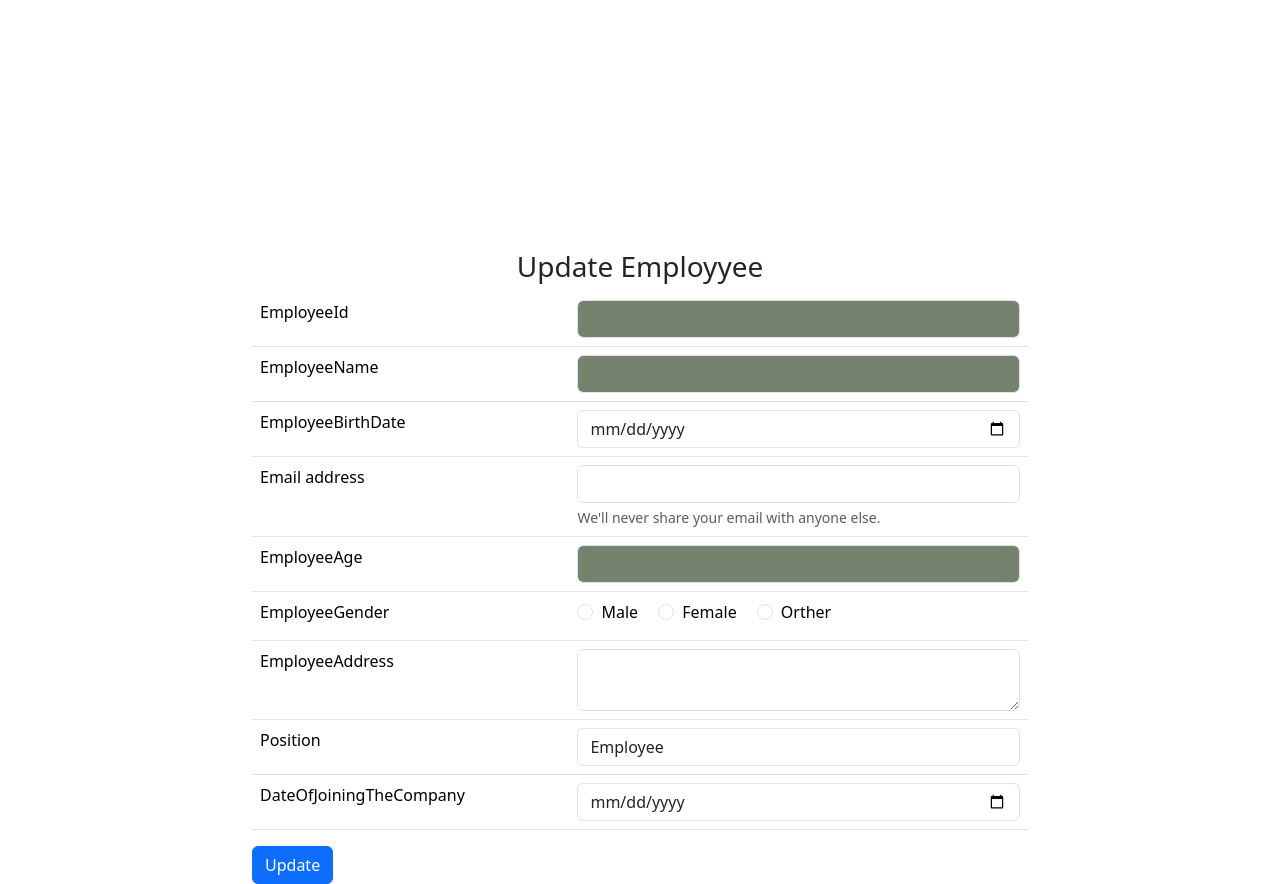
Repository: tranhuuan1703/BaiTapServlet
Page: http://localhost/bai_tap_jsp_servlet/views/Edit.jsp
An editor plug-in stored every save of this project. The page is shown before and after the next save, followed by the edit.
The browser window is 1280 px wide. The pictures show the whole page.
Some web libraries are served in a nearby version. The page is served by Tomcat 9. Other server files are loaded and not shown.

Above is the page before, as saved 2024-08-10 07:28:15.

### bai_tap_jsp_servlet/bai_tap_jsp_servlet/src/main/webapp/views/Edit.jsp
<%@ page language="java" contentType="text/html; charset=UTF-8"
   pageEncoding="UTF-8"%>
<!DOCTYPE html>
<html>
   <head>
      <meta charset="UTF-8">
      <title>Insert title here</title>
      <link href="https://cdn.jsdelivr.net/npm/bootstrap@5.3.3/dist/css/bootstrap.min.css"
         rel="stylesheet"
         integrity="sha384-QWTKZyjpPEjISv5WaRU9OFeRpok6YctnYmDr5pNlyT2bRjXh0JMhjY6hW+ALEwIH"
         crossorigin="anonymous">
      <script src="https://cdn.jsdelivr.net/npm/bootstrap@5.3.3/dist/js/bootstrap.bundle.min.js"
         integrity="sha384-YvpcrYf0tY3lHB60NNkmXc5s9fDVZLESaAA55NDzOxhy9GkcIdslK1eN7N6jIeHz"
         crossorigin="anonymous"></script>
      <script src="https://cdnjs.cloudflare.com/ajax/libs/moment.js/2.24.0/moment.min.js"></script>
		<script src="https://code.jquery.com/jquery-3.4.1.min.js"></script>
   </head>
   <body>
      <div class="container" style="margin-top:250px; width:800px">
      <center><h3>Update Employyee</h3></center>
         <form id="updateForm" action="updateEmployeeController" method="get">
            <table class="table">
              <tr>
	               <td><label for="nameEmployee" class="form-label">EmployeeId</label></td>
	                  <td>
	                     <input type="text" class="form-control" id="custId" aria-describedby="emailHelp" value="${employeeInfo.employeeId}" name="Id" readonly style="background-color: #75826e;">
	                  </td>
	               </tr>

              </tr>
               <tr>
                  <td><label for="nameEmployee" class="form-label">EmployeeName</label></td>
                  <td>
                     <input type="text" class="form-control" id="nameEmployee" aria-describedby="emailHelp" value="${employeeInfo.employeeName}" name="nameEmployee" style="background-color: #75826e;" readonly>
                  </td>
               </tr>
               <tr>
                  <td><label for="birthDayEmployee" class="form-label">EmployeeBirthDate</label></td>
                  <td>
                     <input type="date" class="form-control" id="birthDayEmployee" name="birthDayEmployee" value="${employeeInfo.employeBirthDay}">
                  </td>
               </tr>
               <tr>
                  <td><label for="emailEmployee" class="form-label">Email address</label></td>
                  <td>
                     <input type="email" class="form-control" id="emailEmployee" aria-describedby="emailHelp" name="emailEmployee" value="${employeeInfo.emailEmployee}">
                     <div id="emailHelp" class="form-text">We'll never share your email with anyone else.</div>
                  </td>
               </tr>
               <tr>
                  <td><label for="ageEmployee" class="form-label">EmployeeAge</label></td>
                  <td>
                     <input type="number" class="form-control" id="ageEmployee" aria-describedby="emailHelp" name="ageEmployee" value="${employeeInfo.employeeAge}" style="background-color: #75826e;">
                  </td>
               </tr>
               <tr>
                  <td><label for="inlineRadio1" class="form-label">EmployeeGender</label></td>
                  <td>
                     <div class="form-check form-check-inline">
                        <input class="form-check-input" type="radio" name="inlineRadioOptions" id="inlineRadio1" value="male" ${employeeInfo.employeeGender == 'male' ? 'checked' : ''}>
                        <label class="form-check-label" for="inlineRadio1">Male</label>
                     </div>
                     <div class="form-check form-check-inline">
                        <input class="form-check-input" type="radio" name="inlineRadioOptions" id="inlineRadio2" value="female" ${employeeInfo.employeeGender == 'female' ? 'checked' : ''}>
                        <label class="form-check-label" for="inlineRadio2">Female</label>
                     </div>
                     <div class="form-check form-check-inline">
                        <input class="form-check-input" type="radio" name="inlineRadioOptions" id="inlineRadio3" value="orther" ${employeeInfo.employeeGender == 'orther' ? 'checked' : ''}>
                        <label class="form-check-label" for="inlineRadio3">Orther</label>
                     </div>
                  </td>
               </tr>
               <tr>
                  <td><label for="addressEmployee" class="form-label">EmployeeAddress</label></td>
                  <td>
                     <textarea  class="form-control" id="addressEmployee" aria-describedby="emailHelp" name="addressEmployee">${employeeInfo.employeeAddress}</textarea>
                  </td>
               </tr>
               <tr>
                  <td><label for="exampleInputEmail1" class="form-label">Position</label></td>
                  <td>
                     <select class="form-control" id="selection" name="position">
                        <option value="employee" ${employeeInfo.position == 'employee' ? 'selected' : ''}>Employee</option>
                        <option value="boss" ${employeeInfo.position == 'boss' ? 'selected' : ''}>Boss</option>
                     </select>
                  </td>
               </tr>
               <tr>
                  <td><label for="dateJoiningBirthday" class="form-label">DateOfJoiningTheCompany</label></td>
                  <td>
                     <input type="date" class="form-control" id="dateJoiningBirthday" name="dateJoiningBirthday" value="${employeeInfo.employeeDateOfJoiningTheCompany}">

                  </td>
               </tr>
            </table>
            <button type="submit" class="btn btn-primary">Update</button>
         </form>
      </div>
   </body>
   <script>
 /*  $("#birthDayEmployee, #dateJoiningBirthday").blur(function(){
	    const dateValue = new Date($(this).val());

	    if (isNaN(dateValue)) {
	        return '';
	    }

	    const day = String(dateValue.getDate()).padStart(2, '0');
	    const month = String(dateValue.getMonth() + 1).padStart(2, '0');
	    const year = dateValue.getFullYear();

	    var text = day + "/" + month + "/" + year;
	    $(this).attr("type","text");
	    $(this).val(text);
	});*/



 $("#birthDayEmployee").blur(function(){

 	var date1 = new Date();

 	var values = $(this).val();
 	var yeard = parseInt(values.substr(0, 4));
 	console.log(yeard);
 	currentYear = date1.getFullYear();

 	age = currentYear - yeard;
 	$("#ageEmployee").val(age);
 });

/* $("#updateForm").submit(function(){

 	$("#ageEmployee").disabled = false;


 })*/




 $("form").on('submit', function(){
	 //$("#ageEmployee").disabled = false;
	  var isConfirmed = confirm("Bạn chắc muốn thay đổi?");

	  if (!isConfirmed){
		  event.preventDefault();
	  }
 })





   </script>
</html>

After the next save:
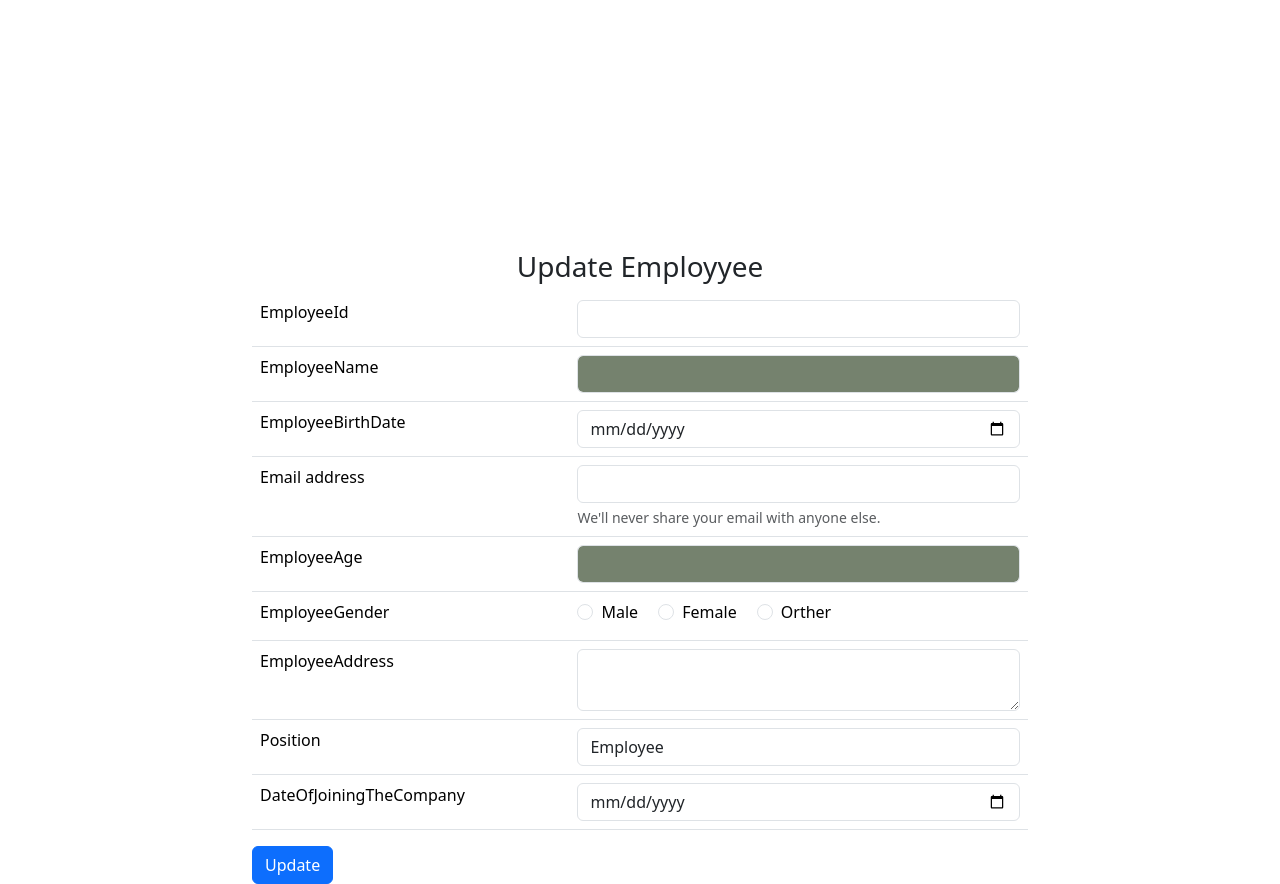
Saved 43 min 5 s later.
--- a/bai_tap_jsp_servlet/bai_tap_jsp_servlet/src/main/webapp/views/Edit.jsp
+++ b/bai_tap_jsp_servlet/bai_tap_jsp_servlet/src/main/webapp/views/Edit.jsp
@@ -23,7 +23,7 @@
               <tr>
 	               <td><label for="nameEmployee" class="form-label">EmployeeId</label></td>
 	                  <td>
-	                     <input type="text" class="form-control" id="custId" aria-describedby="emailHelp" value="${employeeInfo.employeeId}" name="Id" readonly style="background-color: #75826e;">
+	                     <input type="text" class="form-control" id="custId" aria-describedby="emailHelp" value="${employeeInfo.employeeId}" name="Id" readonly style="text-align: center, background-color: #75826e;">
 	                  </td>
 	               </tr>
 

After the save that followed:
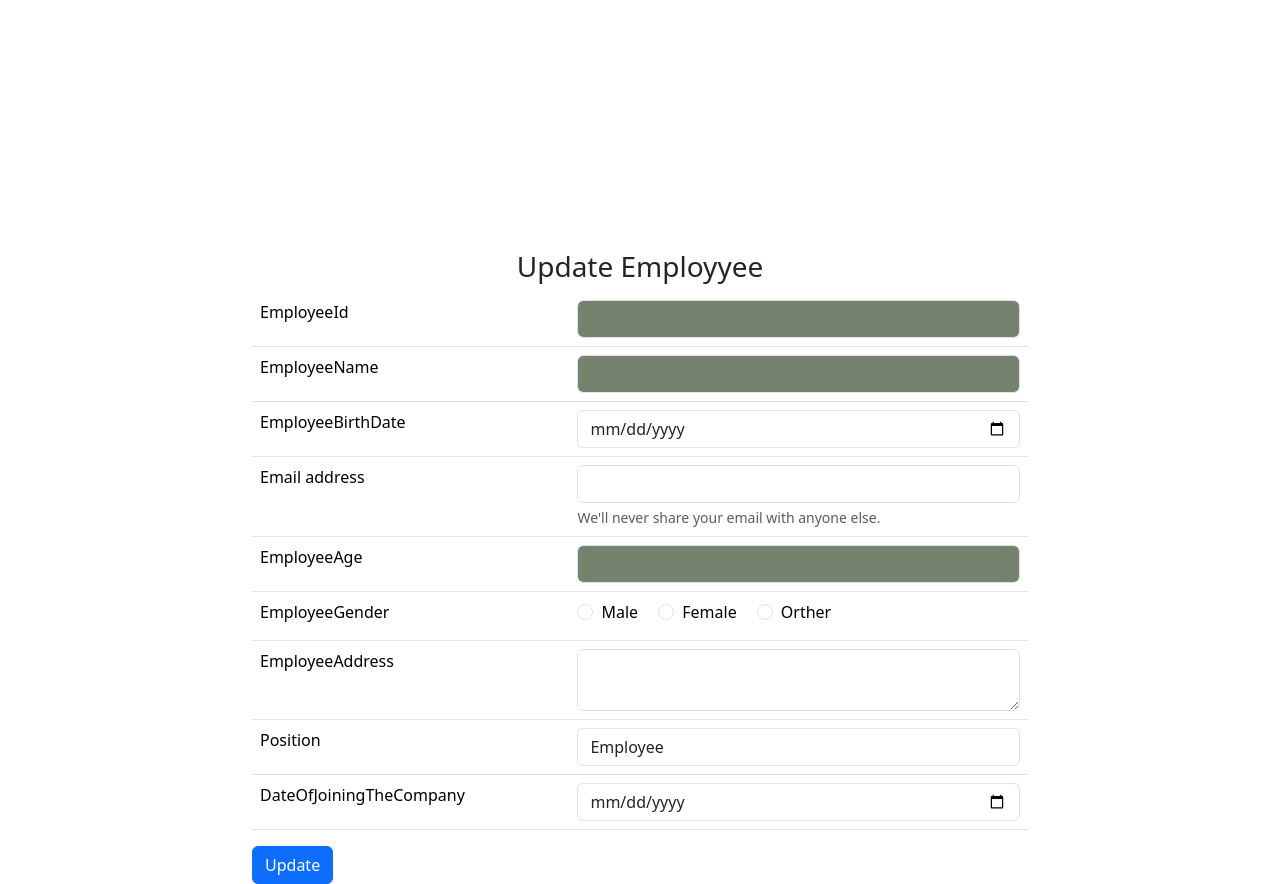
Saved 11 s later.
--- a/bai_tap_jsp_servlet/bai_tap_jsp_servlet/src/main/webapp/views/Edit.jsp
+++ b/bai_tap_jsp_servlet/bai_tap_jsp_servlet/src/main/webapp/views/Edit.jsp
@@ -23,7 +23,7 @@
               <tr>
 	               <td><label for="nameEmployee" class="form-label">EmployeeId</label></td>
 	                  <td>
-	                     <input type="text" class="form-control" id="custId" aria-describedby="emailHelp" value="${employeeInfo.employeeId}" name="Id" readonly style="text-align: center, background-color: #75826e;">
+	                     <input type="text" class="form-control" id="custId" aria-describedby="emailHelp" value="${employeeInfo.employeeId}" name="Id" readonly style="text-align: center; background-color: #75826e;">
 	                  </td>
 	               </tr>
 
